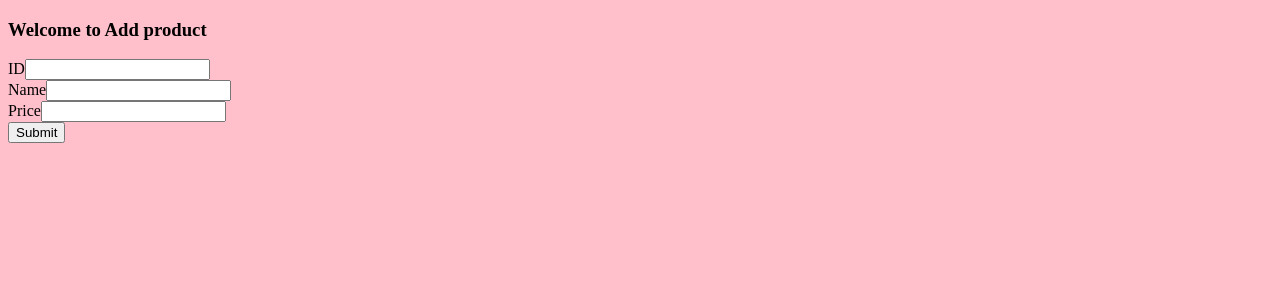
Repository: AkshayJain2904/Zen-Assignemt
Page: REST Demo/TrivagHotels/WebContent/addProduct.html
These files come from the project's save history. The page is drawn as it stood at one moment and after the next save; the edit follows.
The browser window is 1280 px wide. The pictures show the whole page.

Above is the page before, as saved 2019-07-25 06:10:26.

### REST Demo/TrivagHotels/WebContent/addProduct.html
<!DOCTYPE html>
<html>
<head>
<meta charset="ISO-8859-1">
<title>Add Product</title>
<style type="text/css">
body {
	background-color: pink;
}
</style>
</head>
<body>
	<h3>Welcome to Add product</h3>
	<form action="" method="post">
	ID<input type="number" name="id"><br>
	Name<input type="text" name="id"><br>
	Price<input type="number" name="id"><br>
	<input type="submit" name="submit">
	</form>
</body>
</html>

After the next save:
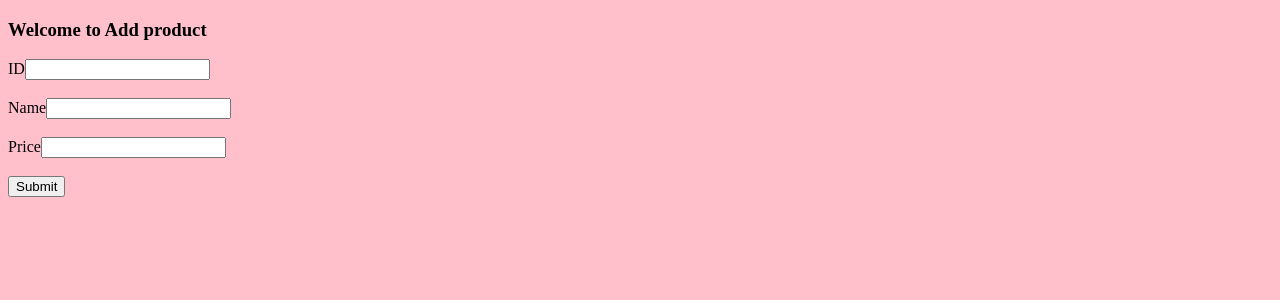
Saved 5 s later.
--- a/REST Demo/TrivagHotels/WebContent/addProduct.html
+++ b/REST Demo/TrivagHotels/WebContent/addProduct.html
@@ -12,9 +12,9 @@ body {
 <body>
 	<h3>Welcome to Add product</h3>
 	<form action="" method="post">
-	ID<input type="number" name="id"><br>
-	Name<input type="text" name="id"><br>
-	Price<input type="number" name="id"><br>
+	ID<input type="number" name="id"><br><br>
+	Name<input type="text" name="id"><br><br>
+	Price<input type="number" name="id"><br><br>
 	<input type="submit" name="submit">
 	</form>
 </body>
